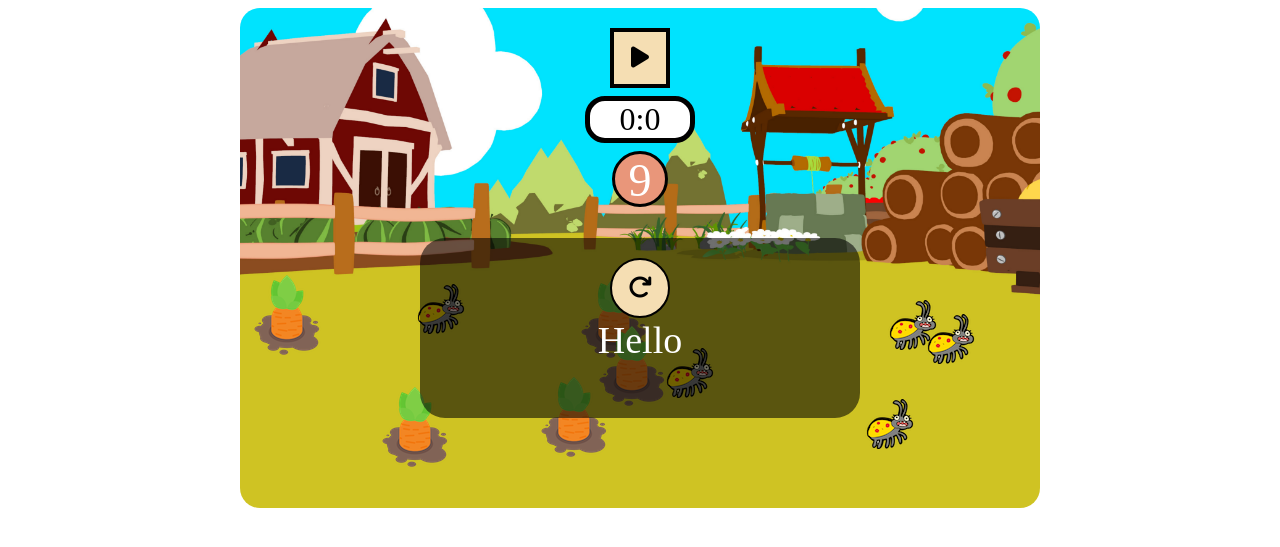
Repository: rumor1993/DreamCoding-Browser101
Page: Chapter07/ellie/index.html
An editor plug-in stored every save of this project. The page is shown before and after the next save, followed by the edit.
The browser window is 1280 px wide. The pictures show the whole page.
Some web libraries are served in a nearby version.

Above is the page before, as saved 2021-01-03 22:05:30.

After the next save:
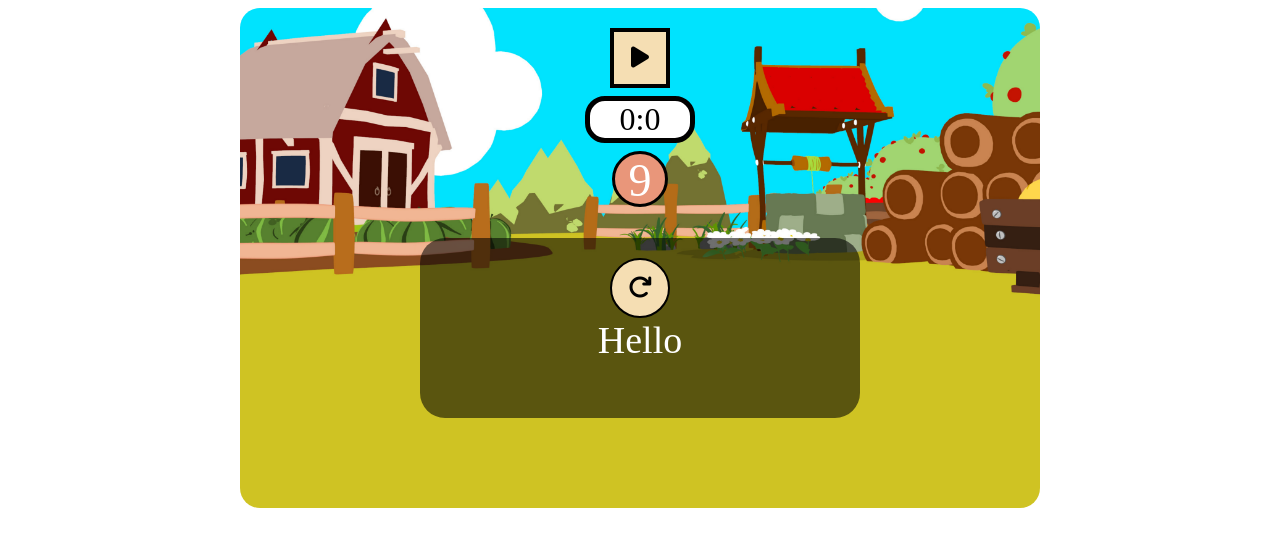
Console error: TypeError: Cannot read properties of null (reading 'hide')
Saved 7 s later.
--- a/Chapter07/ellie/index.js
+++ b/Chapter07/ellie/index.js
@@ -8,6 +8,7 @@
   initGame();
 
   function initGame() {
+    gamePopup.hide();
     addItem("carrot", 5, "../carrot/img/carrot.png");
     addItem("bug", 5, "../carrot/img/bug.png");
   }

After the 2 saves that followed:
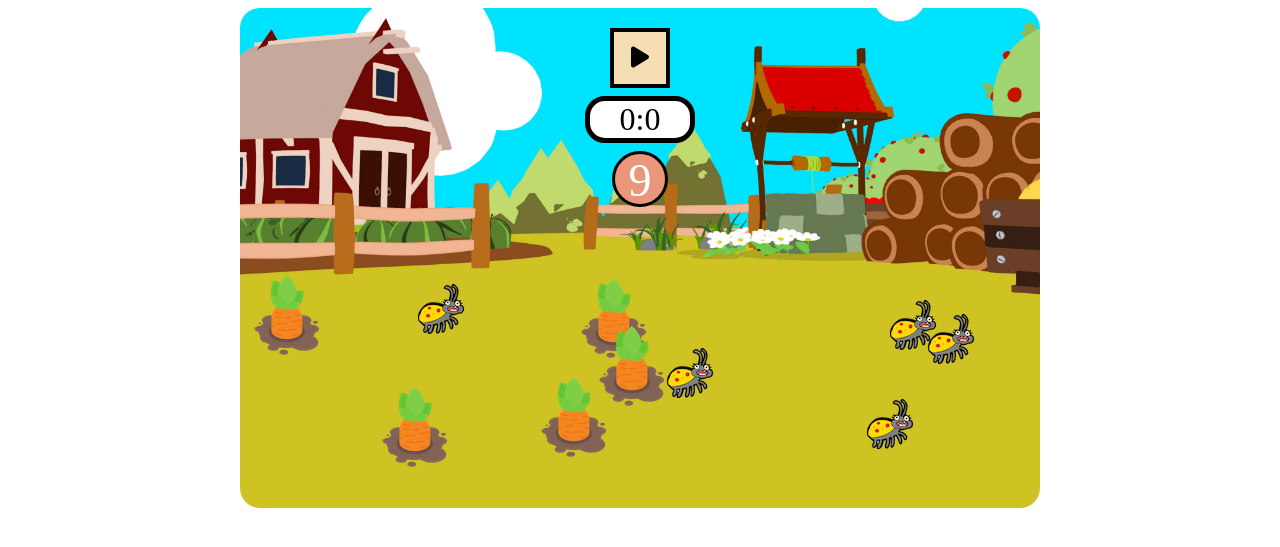
The error is gone.
The 2 saves are shown as one change because 1 left the picture as it was.
The last was saved 58 s later.
--- a/Chapter07/ellie/index.js
+++ b/Chapter07/ellie/index.js
@@ -1,14 +1,14 @@
 window.addEventListener("load", () => {
   const itemSize = 80;
   const gameField = document.querySelector(".game-field");
-  const gamePopup = document.querySelector(".game-popup");
+  const gamePopup = document.querySelector(".pop-up");
   const fieldRect = gameField.getBoundingClientRect();
   let carrotCount = 10;
 
   initGame();
 
   function initGame() {
-    gamePopup.hide();
+    gamePopup.setAttribute("class", "pop-up-hide");
     addItem("carrot", 5, "../carrot/img/carrot.png");
     addItem("bug", 5, "../carrot/img/bug.png");
   }
